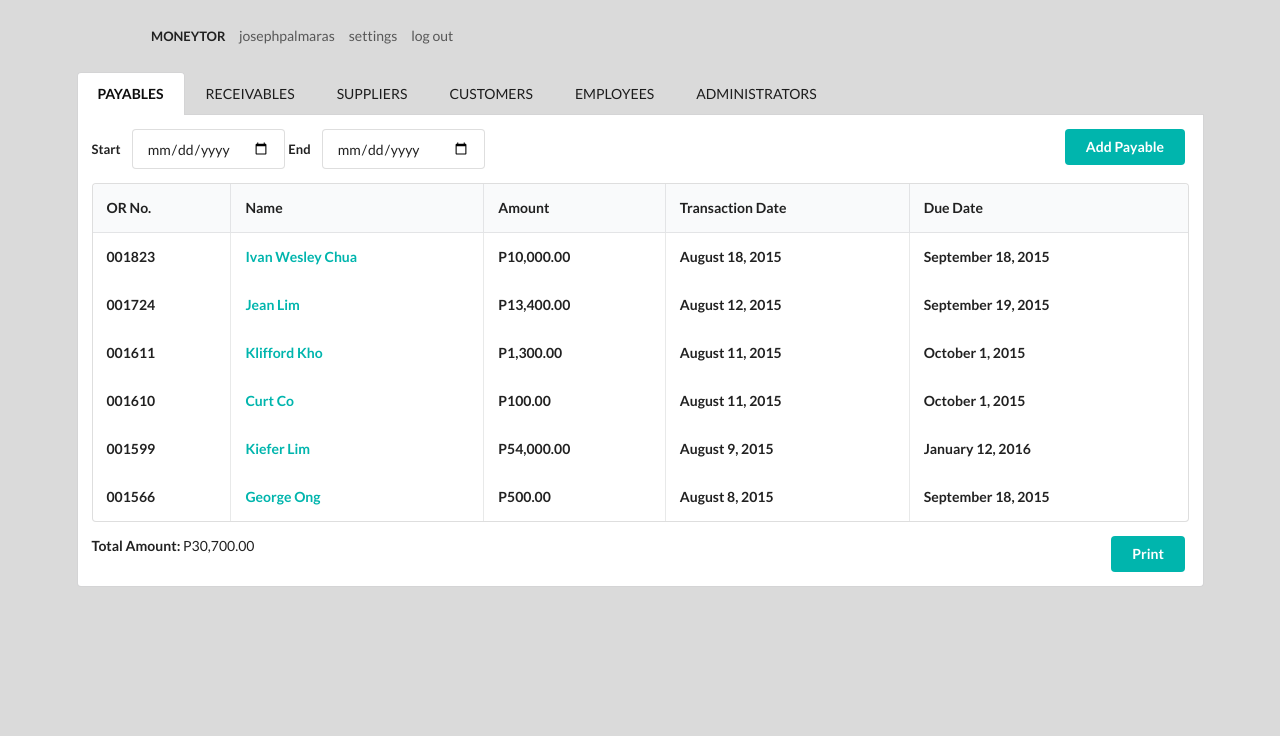
Repository: TV5/MoneyTor
Page: Workspace/MoneyTor/war/main.html
The author's editor kept a copy of each file at every save. The page is drawn from the files as they stood at one save, then again after the next save.
The browser window is 1280 px wide. The pictures show the whole page.

Above is the page before, as saved 2015-08-18 16:18:43.

### Workspace/MoneyTor/war/main.html
<!DOCTYPE html>
<html>
<head>
  <!-- Standard Meta -->
  <meta charset="utf-8" />
  <meta http-equiv="X-UA-Compatible" content="IE=edge,chrome=1" />
  <meta name="viewport" content="width=device-width, initial-scale=1.0, maximum-scale=1.0">

  <!-- Site Properities -->
  <title>Main Page</title>
  <link rel="stylesheet" type="text/css" href="../dist/components/reset.css">
  <link rel="stylesheet" type="text/css" href="../dist/components/site.css">

  <link rel="stylesheet" type="text/css" href="../dist/components/container.css">
  <link rel="stylesheet" type="text/css" href="../dist/components/grid.css">
  <link rel="stylesheet" type="text/css" href="../dist/components/header.css">
  <link rel="stylesheet" type="text/css" href="../dist/components/image.css">
  <link rel="stylesheet" type="text/css" href="../dist/components/menu.css">

  <link rel="stylesheet" type="text/css" href="../dist/components/divider.css">
  <link rel="stylesheet" type="text/css" href="../dist/components/segment.css">
  <link rel="stylesheet" type="text/css" href="../dist/components/form.css">
  <link rel="stylesheet" type="text/css" href="../dist/components/input.css">
  <link rel="stylesheet" type="text/css" href="../dist/components/button.css">
  <link rel="stylesheet" type="text/css" href="../dist/components/list.css">
  <link rel="stylesheet" type="text/css" href="../dist/components/message.css">
  <link rel="stylesheet" type="text/css" href="../dist/components/icon.css">
  <link rel="stylesheet" type="text/css" href="../dist/components/tab.min.css">
  <link rel="stylesheet" type="text/css" href="../dist/components/table.min.css">
  <link rel="stylesheet" type="text/css" href="../dist/components/modal.min.css">
  <link rel="stylesheet" type="text/css" href="../dist/components/dimmer.min.css">
  <link rel="stylesheet" type="text/css" href="../dist/components/transition.min.css">
  <script src="assets/library/jquery.min.js"></script>
  <script src="../dist/components/form.js"></script>
  <script src="../dist/components/transition.js"></script>
  <script src="../dist/components/tab.min.js"></script>
  <script src="../dist/components/modal.min.js"></script>
  <script src="../dist/components/dimmer.min.js"></script>
  <script src="../dist/components/transition.min.js"></script>

  <style type="text/css">
    body {
      background-color: #DADADA;
    }
    body > .grid {
      height: 100%;
    }
    .image {
      margin-top: -100px;
    }
    .column {
      max-width: 450px;
    }
    .firstmenu {
    	padding-left: 20px;
    	padding-right: 20px;
    	padding-top: 0px;
    }
    a {
    	color: #00b5ad;
    }
  </style>
</head>
<body>


<div class="ui container">
	<div class="ui text menu firstmenu" width="100%">
	  <img src="assets/images/logo.png" class="ui image" style="width:5%;height:5%;padding-top:25px">
	  <div class="header item">MONEYTOR </div>
	  <a class="item">
	    josephpalmaras
	  </a>
	  <a id="settingsLink" class="item">
	    settings
	  </a>
	  <a class="item" style="float:right">
	    log out
	  </a>
	</div>
	<div class="ui top attached tabular menu">
	  <a class="active item">
	    PAYABLES
	  </a>
	  <a class="item">
	    RECEIVABLES
	  </a>
	  <a class="item">
	    SUPPLIERS
	  </a>
	  <a class="item">
	    CUSTOMERS
	  </a>
	  <a class="item">
	    EMPLOYEES
	  </a>
	  <a class="item">
	    ADMINISTRATORS
	  </a>
	</div>

	<div class="ui bottom attached active tab segment" style="padding-bottom:50px">
	  <div class="ui form ">
	  	<div class="inline fields" style="float:left">
	  	<div class="eight wide field">
	      <label>Start</label>
	      <input type="date">
	    </div>
	    <div class="eight wide field">
	      <label>End</label>
	      <input type="date">
	    </div>
	    </div>
	    <div class="three wide feild" style="float:right">
	      <button id="addPayableBtn" class="ui button teal">Add Payable</button>
	    </div>
	  </div>
	  <table class="ui celled padded table">
	  <thead>
	    <tr>
	    <th>OR No.</th>
	    <th>Name</th>
	    <th>Amount</th>
	    <th>Transaction Date</th>
	    <th>Due Date</th>
	  	</tr>
	  </thead>
	  <tbody>
	  	<tr>
	    <th>001823</th>
	    <th><a href="#">Ivan Wesley Chua</a></th>
	    <th>P10,000.00</th>
	    <th>August 18, 2015</th>
	    <th>September 18, 2015</th>
	  	</tr>
	  	<tr>
	    <th>001724</th>
	    <th><a href="#">Jean Lim</a></th>
	    <th>P13,400.00</th>
	    <th>August 12, 2015</th>
	    <th>September 19, 2015</th>
	  	</tr>
	  	<tr>
	    <th>001611</th>
	    <th><a href="#">Klifford Kho</a></th>
	    <th>P1,300.00</th>
	    <th>August 11, 2015</th>
	    <th>October 1, 2015</th>
	  	</tr>
	  	<tr>
	    <th>001610</th>
	    <th><a href="#">Curt Co</a></th>
	    <th>P100.00</th>
	    <th>August 11, 2015</th>
	    <th>October 1, 2015</th>
	  	</tr>
	  	<tr>
	    <th>001599</th>
	    <th><a href="#">Kiefer Lim</a></th>
	    <th>P54,000.00</th>
	    <th>August 9, 2015</th>
	    <th>January 12, 2016</th>
	  	</tr>
	  	<tr>
	    <th>001566</th>
	    <th><a href="#">George Ong</a></th>
	    <th>P500.00</th>
	    <th>August 8, 2015</th>
	    <th>September 18, 2015</th>
	  	</tr>
	  </tbody>
	  </table>
	  <div>
	  <p style="float:left"><b>Total Amount: </b> P30,700.00</p>
	  <button class="ui button teal" style="float:right">Print</button>
		</div>
	</div>
</div>

<div id="userSettings" class="ui modal">
  <div class="header">User Settings</div>
  <div class="content">
    <form class="ui form">

    	<div class="inline fields">
		    <div class="two wide field">
		      <label>Username</label>
		    </div>
		    <div class="fourteen wide field">
		      josephpalmaras
		    </div>
		</div>

		<div class="inline fields">
		    <div class="two wide field">
		      <label>Password</label>
		    </div>
		    <div class="fourteen wide field">
		      <text>****** </text> <a href="#">change password</a>
		    </div>
		</div>

		<div class="inline fields">
		    <div class="two wide field">
		      <label>Name</label>
		    </div>
		    <div class="fourteen wide field">
		      <input type="text" value="Joseph Gabriell Palmaras"/>
		    </div>
		</div>
    </form>
  </div>
		<div class="actions">
			<div class="ui approve button teal">Save</div>
		    <div class="ui cancel button teal">Cancel</div>
		</div>
</div>

<!-- PAYABLE INFORMATION -->
<div id="addPayable" class="ui modal">
  <div class="header">Account Payable</div>
  <div class="content">
    <form class="ui form">

    	<div class="inline fields">
		    <div class="two wide field">
		      <label>Supplier Name</label>
		    </div>
		    <div class="fourteen wide field">
		      <input type="text">
		    </div>
		</div>

    	<div class="inline fields">
		    <div class="two wide field">
		      <label>Official Receipt Number</label>
		    </div>
		    <div class="fourteen wide field">
		      <input type="text">
		    </div>
		</div>

		<div class="inline fields">
		    <div class="two wide field">
		      <label>Amount</label>
		    </div>
		    <div class="fourteen wide field">
		      <input type="number">
		    </div>
		</div>

		<div class="inline fields">
		    <div class="two wide field">
		      <label>Transaction Date</label>
		    </div>
		    <div class="fourteen wide field">
		      <input type="date">
		    </div>
		</div>

		<div class="inline fields">
		    <div class="two wide field">
		      <label>Due Date</label>
		    </div>
		    <div class="fourteen wide field">
		      <input type="date">
		    </div>
		</div>


    </form>
  </div>
  <div class="actions">
    <div class="ui approve button teal">Save</div>
    <div class="ui button teal">Add More</div>
    <div class="ui cancel button teal">Cancel</div>
  </div>
</div>


<!-- SUPPLIER INFORMATION
<div id="addPayable" class="ui modal">
  <div class="header">Supplier</div>
  <div class="content">
    <form class="ui form">

    	<div class="inline fields">
		    <div class="two wide field">
		      <label>Name</label>
		    </div>
		    <div class="fourteen wide field">
		      <input type="text">
		    </div>
		</div>

    	<div class="inline fields">
		    <div class="two wide field">
		      <label>Address</label>
		    </div>
		    <div class="fourteen wide field">
		      <input type="text">
		    </div>
		</div>

    	<div class="inline fields">
		    <div class="two wide field">
		      <label>Contact Number</label>
		    </div>
		    <div class="fourteen wide field">
		      <input type="text">
		    </div>
		</div>

    	<div class="inline fields">
		    <div class="two wide field">
		      <label>Terms</label>
		    </div>
		    <div class="seven wide field">
		      <input type="number">
		    </div>
		    <div class="seven wide field">
		      <select class="ui fluid dropdown">
    			<option value="">days</option>
    			<option value="">weeks</option>
    			<option value="">months</option>
    			<option value="">years</option>
    		  </select>
		    </div>
		</div>

    </form>
  </div>
  <div class="actions">
    <div class="ui approve button">Save</div>
    <div class="ui button">Add More</div>
    <div class="ui cancel button">Cancel</div>
  </div>
</div> -->

</body>
<script type="text/javascript">

	$('#addPayableBtn').click(function(){
		$('#addPayable').modal('show');
	});

	$('#settingsLink').click(function(){
		$('#userSettings').modal('show');
	});

</script>
</html>

### Workspace/MoneyTor/war/dist/components/site.css
/*!
 * # Semantic UI 2.0.8 - Site
 * http://github.com/semantic-org/semantic-ui/
 *
 *
 * Copyright 2015 Contributors
 * Released under the MIT license
 * http://opensource.org/licenses/MIT
 *
 */


/*******************************
             Page
*******************************/

@import url('https://fonts.googleapis.com/css?family=Lato:400,700,400italic,700italic&subset=latin');
html,
body {
  height: 100%;
}
html {
  font-size: 14px;
}
body {
  margin: 0px;
  padding: 0px;
  overflow-x: hidden;
  min-width: 320px;
  background: #ffffff;
  font-family: 'Lato', 'Helvetica Neue', Arial, Helvetica, sans-serif;
  font-size: 14px;
  line-height: 1.4285em;
  color: rgba(0, 0, 0, 0.87);
  font-smoothing: antialiased;
}


/*******************************
             Headers
*******************************/

h1,
h2,
h3,
h4,
h5 {
  font-family: 'Lato', 'Helvetica Neue', Arial, Helvetica, sans-serif;
  line-height: 1.2857em;
  margin: calc(2rem -  0.14285em ) 0em 1rem;
  font-weight: bold;
  padding: 0em;
}
h1 {
  min-height: 1rem;
  font-size: 2rem;
}
h2 {
  font-size: 1.714rem;
}
h3 {
  font-size: 1.28rem;
}
h4 {
  font-size: 1.071rem;
}
h5 {
  font-size: 1rem;
}
h1:first-child,
h2:first-child,
h3:first-child,
h4:first-child,
h5:first-child {
  margin-top: 0em;
}
h1:last-child,
h2:last-child,
h3:last-child,
h4:last-child,
h5:last-child {
  margin-bottom: 0em;
}


/*******************************
             Text
*******************************/

p {
  margin: 0em 0em 1em;
  line-height: 1.4285em;
}
p:first-child {
  margin-top: 0em;
}
p:last-child {
  margin-bottom: 0em;
}

/*-------------------
        Links
--------------------*/

a {
  color: #4183c4;
  text-decoration: none;
}
a:hover {
  color: #1e70bf;
  text-decoration: none;
}


/*******************************
          Highlighting
*******************************/


/* Site */
::-webkit-selection {
  background-color: #cce2ff;
  color: rgba(0, 0, 0, 0.87);
}
::-moz-selection {
  background-color: #cce2ff;
  color: rgba(0, 0, 0, 0.87);
}
::selection {
  background-color: #cce2ff;
  color: rgba(0, 0, 0, 0.87);
}

/* Form */
textarea::-webkit-selection,
input::-webkit-selection {
  background-color: rgba(100, 100, 100, 0.4);
  color: rgba(0, 0, 0, 0.87);
}
textarea::-moz-selection,
input::-moz-selection {
  background-color: rgba(100, 100, 100, 0.4);
  color: rgba(0, 0, 0, 0.87);
}
textarea::selection,
input::selection {
  background-color: rgba(100, 100, 100, 0.4);
  color: rgba(0, 0, 0, 0.87);
}


/*******************************
        Global Overrides
*******************************/



/*******************************
         Site Overrides
*******************************/

### Workspace/MoneyTor/war/dist/components/container.css
/*!
 * # Semantic UI 2.0.8 - Container
 * http://github.com/semantic-org/semantic-ui/
 *
 *
 * Copyright 2015 Contributors
 * Released under the MIT license
 * http://opensource.org/licenses/MIT
 *
 */


/*******************************
            Container
*******************************/


/* All Sizes */
.ui.container {
  display: block;
  max-width: 100% !important;
}

/* Mobile */
@media only screen and (max-width: 767px) {
  .ui.container {
    width: auto;
    margin-left: 1em !important;
    margin-right: 1em !important;
  }
  .ui.grid.container {
    width: auto !important;
  }
}

/* Tablet */
@media only screen and (min-width: 768px) and (max-width: 991px) {
  .ui.container {
    width: 723px;
    margin-left: auto !important;
    margin-right: auto !important;
  }
  .ui.grid.container {
    width: calc( 723px  +  2em ) !important;
  }
}

/* Small Monitor */
@media only screen and (min-width: 992px) and (max-width: 1199px) {
  .ui.container {
    width: 933px;
    margin-left: auto !important;
    margin-right: auto !important;
  }
  .ui.grid.container {
    width: calc( 933px  +  2em ) !important;
  }
}

/* Large Monitor */
@media only screen and (min-width: 1200px) {
  .ui.container {
    width: 1127px;
    margin-left: auto !important;
    margin-right: auto !important;
  }
  .ui.grid.container {
    width: calc( 1127px  +  2em ) !important;
  }
}


/*******************************
             Types
*******************************/


/* Text Container */
.ui.text.container {
  font-family: 'Lato', 'Helvetica Neue', Arial, Helvetica, sans-serif;
  max-width: 700px !important;
  line-height: 1.5;
}
.ui.text.container {
  font-size: 1.14285714rem;
}

/* Fluid */
.ui.fluid.container {
  width: 100%;
}


/*******************************
           Variations
*******************************/

.ui[class*="left aligned"].container {
  text-align: left;
}
.ui[class*="center aligned"].container {
  text-align: center;
}
.ui[class*="right aligned"].container {
  text-align: right;
}
.ui.justified.container {
  text-align: justify;
  -webkit-hyphens: auto;
     -moz-hyphens: auto;
      -ms-hyphens: auto;
          hyphens: auto;
}


/*******************************
         Theme Overrides
*******************************/



/*******************************
         Site Overrides
*******************************/

### Workspace/MoneyTor/war/dist/components/image.css
/*!
 * # Semantic UI 2.0.8 - Image
 * http://github.com/semantic-org/semantic-ui/
 *
 *
 * Copyright 2015 Contributors
 * Released under the MIT license
 * http://opensource.org/licenses/MIT
 *
 */


/*******************************
             Image
*******************************/

.ui.image {
  position: relative;
  display: inline-block;
  vertical-align: middle;
  max-width: 100%;
  background-color: transparent;
}
img.ui.image {
  display: block;
}
.ui.image svg,
.ui.image img {
  display: block;
  max-width: 100%;
  height: auto;
}


/*******************************
            States
*******************************/

.ui.hidden.images,
.ui.hidden.image {
  display: none;
}
.ui.disabled.images,
.ui.disabled.image {
  cursor: default;
  opacity: 0.45;
}


/*******************************
          Variations
*******************************/


/*--------------
     Inline
---------------*/

.ui.inline.image,
.ui.inline.image svg,
.ui.inline.image img {
  display: inline-block;
}

/*------------------
  Vertical Aligned
-------------------*/

.ui.top.aligned.images .image,
.ui.top.aligned.image,
.ui.top.aligned.image svg,
.ui.top.aligned.image img {
  display: inline-block;
  vertical-align: top;
}
.ui.middle.aligned.images .image,
.ui.middle.aligned.image,
.ui.middle.aligned.image svg,
.ui.middle.aligned.image img {
  display: inline-block;
  vertical-align: middle;
}
.ui.bottom.aligned.images .image,
.ui.bottom.aligned.image,
.ui.bottom.aligned.image svg,
.ui.bottom.aligned.image img {
  display: inline-block;
  vertical-align: bottom;
}

/*--------------
     Rounded
---------------*/

.ui.rounded.images .image,
.ui.rounded.image,
.ui.rounded.images .image > *,
.ui.rounded.image > * {
  border-radius: 0.3125em;
}

/*--------------
    Bordered
---------------*/

.ui.bordered.images .image,
.ui.bordered.images img,
.ui.bordered.images svg,
.ui.bordered.image img,
.ui.bordered.image svg,
img.ui.bordered.image {
  border: 1px solid rgba(0, 0, 0, 0.1);
}

/*--------------
    Circular
---------------*/

.ui.circular.images,
.ui.circular.image {
  overflow: hidden;
}
.ui.circular.images .image,
.ui.circular.image,
.ui.circular.images .image > *,
.ui.circular.image > * {
  border-radius: 500rem;
}

/*--------------
     Fluid
---------------*/

.ui.fluid.images,
.ui.fluid.image,
.ui.fluid.images img,
.ui.fluid.images svg,
.ui.fluid.image svg,
.ui.fluid.image img {
  display: block;
  width: 100%;
  height: auto;
}

/*--------------
     Avatar
---------------*/

.ui.avatar.images .image,
.ui.avatar.images img,
.ui.avatar.images svg,
.ui.avatar.image img,
.ui.avatar.image svg,
.ui.avatar.image {
  margin-right: 0.25em;
  display: inline-block;
  width: 2em;
  height: 2em;
  border-radius: 500rem;
}

/*-------------------
       Spaced
--------------------*/

.ui.spaced.image {
  display: inline-block !important;
  margin-left: 0.5em;
  margin-right: 0.5em;
}
.ui[class*="left spaced"].image {
  margin-left: 0.5em;
  margin-right: 0em;
}
.ui[class*="right spaced"].image {
  margin-left: 0em;
  margin-right: 0.5em;
}

/*-------------------
       Floated
--------------------*/

.ui.floated.image,
.ui.floated.images {
  float: left;
  margin-right: 1em;
  margin-bottom: 1em;
}
.ui.right.floated.images,
.ui.right.floated.image {
  float: right;
  margin-right: 0em;
  margin-bottom: 1em;
  margin-left: 1em;
}
.ui.floated.images:last-child,
.ui.floated.image:last-child {
  margin-bottom: 0em;
}
.ui.centered.images,
.ui.centered.image {
  margin-left: auto;
  margin-right: auto;
}

/*--------------
     Sizes
---------------*/

.ui.mini.images .image,
.ui.mini.images img,
.ui.mini.images svg,
.ui.mini.image {
  width: 35px;
  height: auto;
  font-size: 0.71428571rem;
}
.ui.tiny.images .image,
.ui.tiny.images img,
.ui.tiny.images svg,
.ui.tiny.image {
  width: 80px;
  height: auto;
  font-size: 0.85714286rem;
}
.ui.small.images .image,
.ui.small.images img,
.ui.small.images svg,
.ui.small.image {
  width: 150px;
  height: auto;
  font-size: 0.92857143rem;
}
.ui.medium.images .image,
.ui.medium.images img,
.ui.medium.images svg,
.ui.medium.image {
  width: 300px;
  height: auto;
  font-size: 1rem;
}
.ui.large.images .image,
.ui.large.images img,
.ui.large.images svg,
.ui.large.image {
  width: 450px;
  height: auto;
  font-size: 1.14285714rem;
}
.ui.big.images .image,
.ui.big.images img,
.ui.big.images svg,
.ui.big.image {
  width: 600px;
  height: auto;
  font-size: 1.28571429rem;
}
.ui.huge.images .image,
.ui.huge.images img,
.ui.huge.images svg,
.ui.huge.image {
  width: 800px;
  height: auto;
  font-size: 1.42857143rem;
}
.ui.massive.images .image,
.ui.massive.images img,
.ui.massive.images svg,
.ui.massive.image {
  width: 960px;
  height: auto;
  font-size: 1.71428571rem;
}


/*******************************
              Groups
*******************************/

.ui.images {
  font-size: 0em;
  margin: 0em -0.25rem 0rem;
}
.ui.images .image,
.ui.images img,
.ui.images svg {
  display: inline-block;
  margin: 0em 0.25rem 0.5rem;
}


/*******************************
         Theme Overrides
*******************************/



/*******************************
         Site Overrides
*******************************/

Loaded but not shown: Workspace/MoneyTor/war/dist/components/tab.min.css (common file); Workspace/MoneyTor/war/dist/components/table.min.css (library); Workspace/MoneyTor/war/dist/components/modal.min.css (library); Workspace/MoneyTor/war/dist/components/dimmer.min.css (common file); Workspace/MoneyTor/war/dist/components/transition.min.css (library); Workspace/MoneyTor/war/assets/library/jquery.min.js (library); Workspace/MoneyTor/war/dist/components/tab.min.js (library); Workspace/MoneyTor/war/dist/components/modal.min.js (library); Workspace/MoneyTor/war/dist/components/dimmer.min.js (library); Workspace/MoneyTor/war/dist/components/transition.min.js (library); Workspace/MoneyTor/war/dist/components/form.js (1308 lines, source omitted); Workspace/MoneyTor/war/dist/components/transition.js (1072 lines, source omitted); Workspace/MoneyTor/war/dist/components/button.css (3230 lines, source omitted); Workspace/MoneyTor/war/dist/components/grid.css (1879 lines, source omitted); Workspace/MoneyTor/war/dist/components/icon.css (2601 lines, source omitted); Workspace/MoneyTor/war/dist/components/menu.css (1891 lines, source omitted); Workspace/MoneyTor/war/dist/components/form.css (994 lines, source omitted); Workspace/MoneyTor/war/dist/components/list.css (923 lines, source omitted); Workspace/MoneyTor/war/dist/components/segment.css (751 lines, source omitted); Workspace/MoneyTor/war/dist/components/header.css (721 lines, source omitted); Workspace/MoneyTor/war/dist/components/input.css (486 lines, source omitted); Workspace/MoneyTor/war/dist/components/message.css (462 lines, source omitted); Workspace/MoneyTor/war/dist/components/reset.css (423 lines, source omitted); Workspace/MoneyTor/war/dist/components/divider.css (260 lines, source omitted)

After the next save:
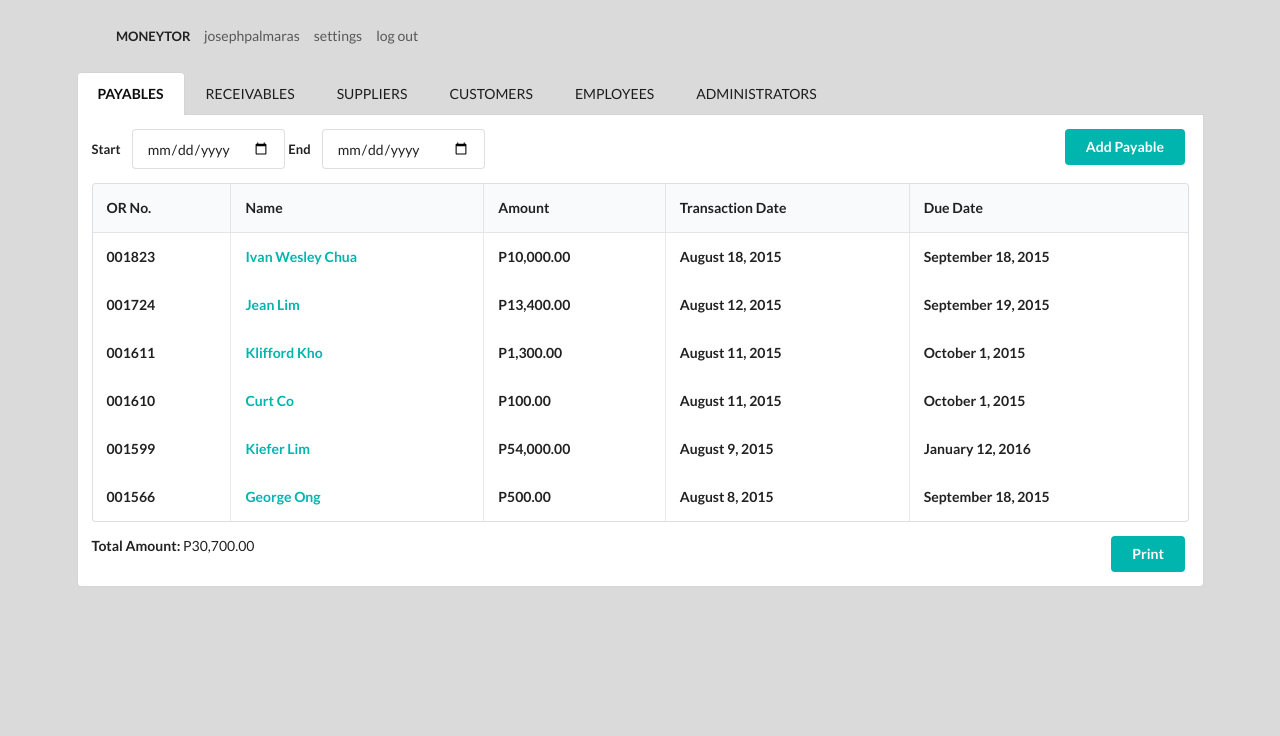
Saved 17 s later.
--- a/Workspace/MoneyTor/war/main.html
+++ b/Workspace/MoneyTor/war/main.html
@@ -66,7 +66,7 @@
 
 <div class="ui container">
 	<div class="ui text menu firstmenu" width="100%">
-	  <img src="assets/images/logo.png" class="ui image" style="width:5%;height:5%;padding-top:25px">
+	  <img src="assets/images/logo.png" class="ui image" style="width:20px;height:20px;padding-top:25px">
 	  <div class="header item">MONEYTOR </div>
 	  <a class="item">
 	    josephpalmaras
